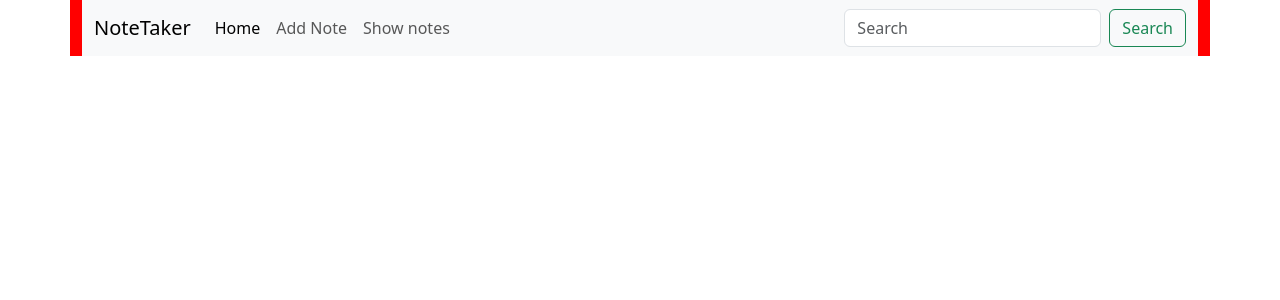
Repository: smritihbtu/Note-Maker
Page: http://localhost/NoteTaker/
The author's editor kept a copy of each file at every save. The page is drawn from the files as they stood at one save, then again after the next save.
The browser window is 1280 px wide. The pictures show the whole page.
The page is served by Tomcat 9.

Above is the page before, as saved 2023-08-19 15:39:38.

After the next save:
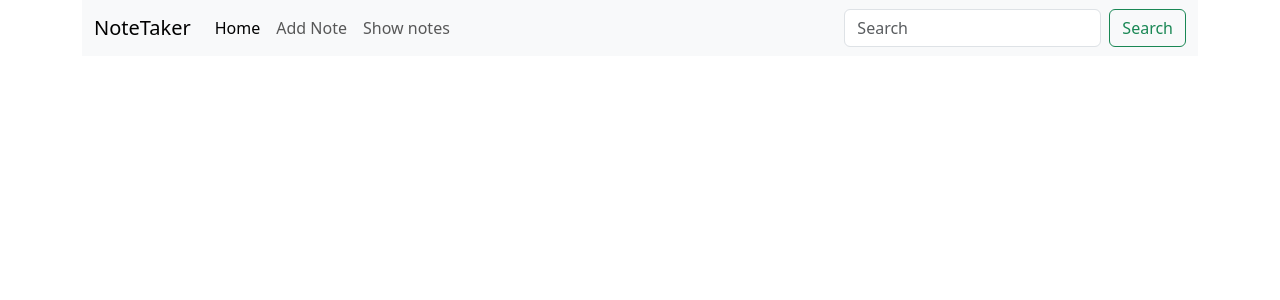
Saved 48 s later.
--- a/NoteTaker/src/main/webapp/css/style.css
+++ b/NoteTaker/src/main/webapp/css/style.css
@@ -1,6 +1,6 @@
 body{
 	background-color : black;
 }
-.container{
+/* .container{
 	background-color: red;
-}
+} */
